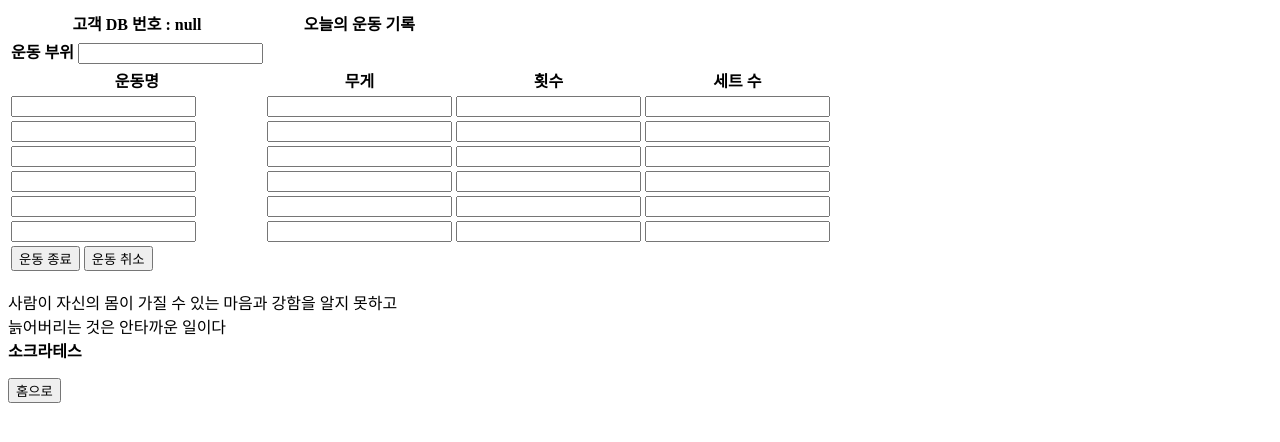
Repository: Up-Min/hrdkorea
Page: http://localhost/jsp_workout/wk_edit.jsp
These files come from the project's save history. The page is drawn as it stood at one moment and after the next save; the edit follows.
The browser window is 1280 px wide. The pictures show the whole page.
The page is served by Tomcat 9. Other server files are loaded and not shown.

Above is the page before, as saved 2022-12-30 07:56:57.

### jsp_workout/src/main/webapp/wk_edit.jsp
<%@ page language="java" contentType="text/html; charset=UTF-8"
    pageEncoding="UTF-8"%>
    <%@ taglib prefix="c" uri="http://java.sun.com/jsp/jstl/core"%>
<!DOCTYPE html>
<html>
<head>
<meta charset="UTF-8">
<title>Insert title here</title>
</head>
<body>
	<%
	String num = request.getParameter("num");
	%>

	<div class="workout">
		<form name="wk_insert" action="insert">
			<div class="day">
				<table>
					<tr>
						<th>고객 DB 번호 : <%=num%> <input type="hidden"
							name="user_number" value="<%=num%>">
						</th>
						<th>오늘의 운동 기록</th>
					</tr>
					<tr>
						<th>운동 부위 <input type="text" name="wk_part" maxlength="20">
						</th>
					</tr>
					<tr>
						<th>운동명</th>
						<th>무게</th>
						<th>횟수</th>
						<th>세트 수</th>
					</tr>
					<tr>
						<td><input type="text" name="ex_name" maxlength="40"></td>
						<td><input type="text" name="ex_weight" maxlength="20"></td>
						<td><input type="text" name="ex_reps" maxlength="20"></td>
						<td><input type="text" name="ex_sets" maxlength="20"></td>
					</tr>
					<tr>
						<td><input type="text" name="ex_name" maxlength="40"></td>
						<td><input type="text" name="ex_weight" maxlength="20"></td>
						<td><input type="text"  name="ex_reps" maxlength="20"></td>
						<td><input type="text"  name="ex_sets" maxlength="20"></td>
					</tr>
					<tr>
						<td><input type="text" name="ex_name" maxlength="40"></td>
						<td><input type="text" name="ex_weight" maxlength="20"></td>
						<td><input type="text" name="ex_reps" maxlength="20"></td>
						<td><input type="text" name="ex_sets" maxlength="20"></td>
					</tr>
					<tr>
						<td><input type="text" name="ex_name" maxlength="40"></td>
						<td><input type="text" name="ex_weight" maxlength="20"></td>
						<td><input type="text" name="ex_reps" maxlength="20"></td>
						<td><input type="text" name="ex_sets" maxlength="20"></td>
					</tr>
					<tr>
						<td><input type="text" name="ex_name" maxlength="40"></td>
						<td><input type="text" name="ex_weight" maxlength="20"></td>
						<td><input type="text" name="ex_reps" maxlength="20"></td>
						<td><input type="text" name="ex_sets" maxlength="20"></td>
					</tr>
					<tr>
						<td><input type="text" name="ex_name" maxlength="40"></td>
						<td><input type="text" name="ex_weight" maxlength="20"></td>
						<td><input type="text" name="ex_reps" maxlength="20"></td>
						<td><input type="text" name="ex_sets" maxlength="20"></td>
					</tr>
					<tr>
						<td colspan="1">
							<button onclick="chk_form(); return false;">운동 종료</button>
							<button onclick="chk_cancel(); return false;">운동 취소</button>
						</td>
					</tr>

				</table>
			</div>
		</form>
		<p>
			사람이 자신의 몸이 가질 수 있는 마음과 강함을 알지 못하고 <br> 늙어버리는 것은 안타까운 일이다 <br>
			<b> 소크라테스 </b>
		</p>

	</div>

			<button> 홈으로 </button>

	<script type="text/javascript" src="./script.js"></script>
</body>

</html>

### jsp_workout/src/main/webapp/script.js
/**
 *
 */

 function signup(){
	 var f = document.signup_form;

	 if(f.user_id == ''){
		 alert ("아이디를 입력해 주십시오.");
		 return false;
	 }
	 if(f.user_pwd == ''){
		 alert ("비밀번호를 입력해 주십시오.");
		 return false;
	 }
	 if(f.user_email == ''){
		 alert ("이메일 주소를 입력해 주십시오.");
		 return false;
	 }

	 alert("회원가입이 완료 되었습니다!");
	 f.submit();
 }

 function chk_form(){
	 var f = document.wk_insert;
	 f.submit();
 }

 function chk_cancel(){
	 alert("하시던 운동을 취소하시겠습니까?");
	 location.href = "/jsp_workout/main";
 }

### jsp_workout/src/main/webapp/css/style.css
@charset "UTF-8";
* { box-sizing: border-box; }
.video-background {
  background: #000;
  position: fixed;
  top: 0; right: 0; bottom: 0; left: 0;
  z-index: -99;
}
.video-foreground,
.video-background iframe {
  position: absolute;
  top: 0;
  left: 0;
  width: 100%;
  height: 100%;
  pointer-events: none;
}
#vidtop-content {
    top: 0;
    color: #fff;
}
.vid-info { position: absolute; top: 0; right: 0; width: 33%; background: rgba(0,0,0,0.3); color: #fff; padding: 1rem; font-family: Avenir, Helvetica, sans-serif; }
.vid-info h1 { font-size: 2rem; font-weight: 700; margin-top: 0; line-height: 1.2; }
.vid-info a { display: block; color: #fff; text-decoration: none; background: rgba(0,0,0,0.5); transition: .6s background; border-bottom: none; margin: 1rem auto; text-align: center; }
@media all and (max-width: 600px) {
.vid-info { width: 50%; padding: .5rem; }
.vid-info h1 { margin-bottom: .2rem; }
}
@media all and (max-width: 500px) {
.vid-info .acronym { display: none; }
}
body{
  margin:0;
  color:#6a6f8c;
  background:#c8c8c8;
  font:600 16px/18px 'Open Sans',sans-serif;
}
*,:after,:before{box-sizing:border-box}
.clearfix:after,.clearfix:before{content:'';display:table}
.clearfix:after{clear:both;display:block}
a{color:inherit;text-decoration:none}

.login-wrap{
  width:100%;
  margin:auto;
  max-width:525px;
  min-height:670px;
  position:relative;
  box-shadow:0 12px 15px 0 rgba(0,0,0,.24),0 17px 50px 0 rgba(0,0,0,.19);
}
.login-html{
  width:100%;
  height:100%;
  position:absolute;
  padding:90px 70px 50px 70px;
  background:rgba(40,57,101,.9);
}
.login-html .sign-in-htm,
.login-html .sign-up-htm{
  top:0;
  left:0;
  right:0;
  bottom:0;
  position:absolute;
  transform:rotateY(180deg);
  backface-visibility:hidden;
  transition:all .4s linear;
}
.login-html .sign-in,
.login-html .sign-up,
.login-form .group .check{
  display:none;
}
.login-html .tab,
.login-form .group .label,
.login-form .group .button{
  text-transform:uppercase;
}
.login-html .tab{
  font-size:22px;
  margin-right:15px;
  padding-bottom:5px;
  margin:0 15px 10px 0;
  display:inline-block;
  border-bottom:2px solid transparent;
}
.login-html .sign-in:checked + .tab,
.login-html .sign-up:checked + .tab{
  color:#fff;
  border-color:#1161ee;
}
.login-form{
  min-height:345px;
  position:relative;
  perspective:1000px;
  transform-style:preserve-3d;
}
.login-form .group{
  margin-bottom:15px;
}
.login-form .group .label,
.login-form .group .input,
.login-form .group .button{
  width:100%;
  color:#fff;
  display:block;
}
.login-form .group .input,
.login-form .group .button{
  border:none;
  padding:15px 20px;
  border-radius:25px;
  background:rgba(255,255,255,.1);
}
.login-form .group input[data-type="password"]{
  text-security:circle;
  -webkit-text-security:circle;
}
.login-form .group .label{
  color:#aaa;
  font-size:12px;
}
.login-form .group .button{
  background:#1161ee;
}
.login-form .group label .icon{
  width:15px;
  height:15px;
  border-radius:2px;
  position:relative;
  display:inline-block;
  background:rgba(255,255,255,.1);
}
.login-form .group label .icon:before,
.login-form .group label .icon:after{
  content:'';
  width:10px;
  height:2px;
  background:#fff;
  position:absolute;
  transition:all .2s ease-in-out 0s;
}
.login-form .group label .icon:before{
  left:3px;
  width:5px;
  bottom:6px;
  transform:scale(0) rotate(0);
}
.login-form .group label .icon:after{
  top:6px;
  right:0;
  transform:scale(0) rotate(0);
}
.login-form .group .check:checked + label{
  color:#fff;
}
.login-form .group .check:checked + label .icon{
  background:#1161ee;
}
.login-form .group .check:checked + label .icon:before{
  transform:scale(1) rotate(45deg);
}
.login-form .group .check:checked + label .icon:after{
  transform:scale(1) rotate(-45deg);
}
.login-html .sign-in:checked + .tab + .sign-up + .tab + .login-form .sign-in-htm{
  transform:rotate(0);
}
.login-html .sign-up:checked + .tab + .login-form .sign-up-htm{
  transform:rotate(0);
}

.hr{
  height:2px;
  margin:60px 0 50px 0;
  background:rgba(255,255,255,.2);
}
.foot-lnk{
  text-align:center;
}

After the next save:
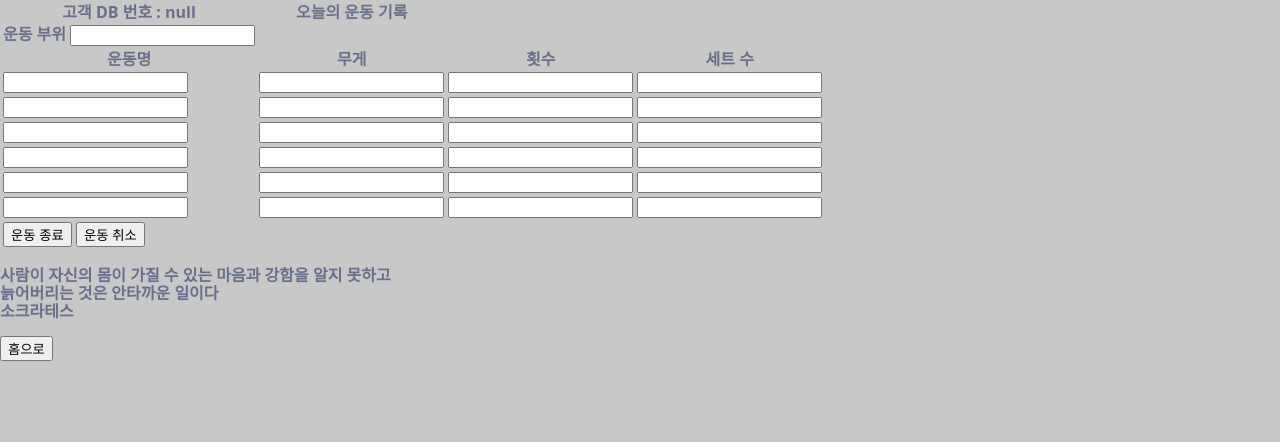
Saved 17 s later.
--- a/jsp_workout/src/main/webapp/wk_edit.jsp
+++ b/jsp_workout/src/main/webapp/wk_edit.jsp
@@ -6,6 +6,7 @@
 <head>
 <meta charset="UTF-8">
 <title>Insert title here</title>
+<link rel="stylesheet" href="./css/style.css" />
 </head>
 <body>
 	<%
